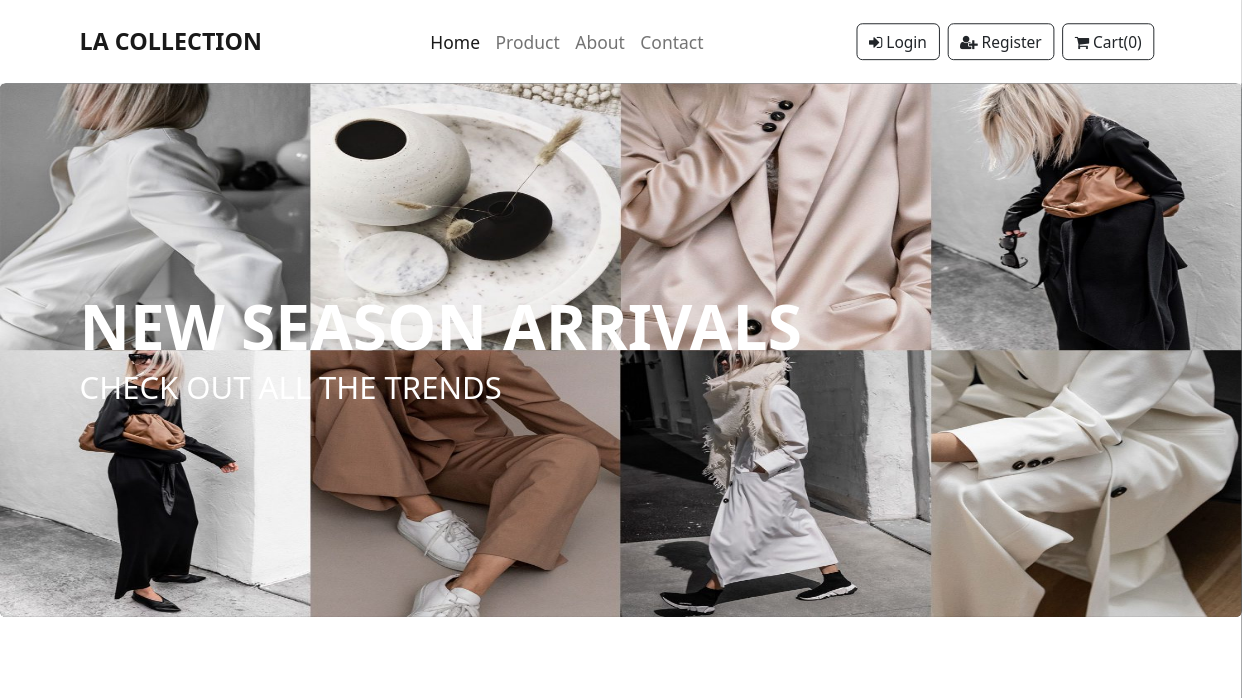
Repository: tiendungjr123/Ecommerce
Page: /products
An editor plug-in stored every save of this project. The page is shown before and after the next save, followed by the edit.
The browser window is 1280 px wide. The pictures show the whole page, at 97% of full size.
The page's requests for data from a server got no answer. The project was rebuilt for these pictures with package versions that can differ from the ones it lists, and the page was loaded fresh each time. No one was signed in, and anything a server would have sent is missing.

Above is the page before, as saved 2022-10-03 16:53:59.

After the next save:
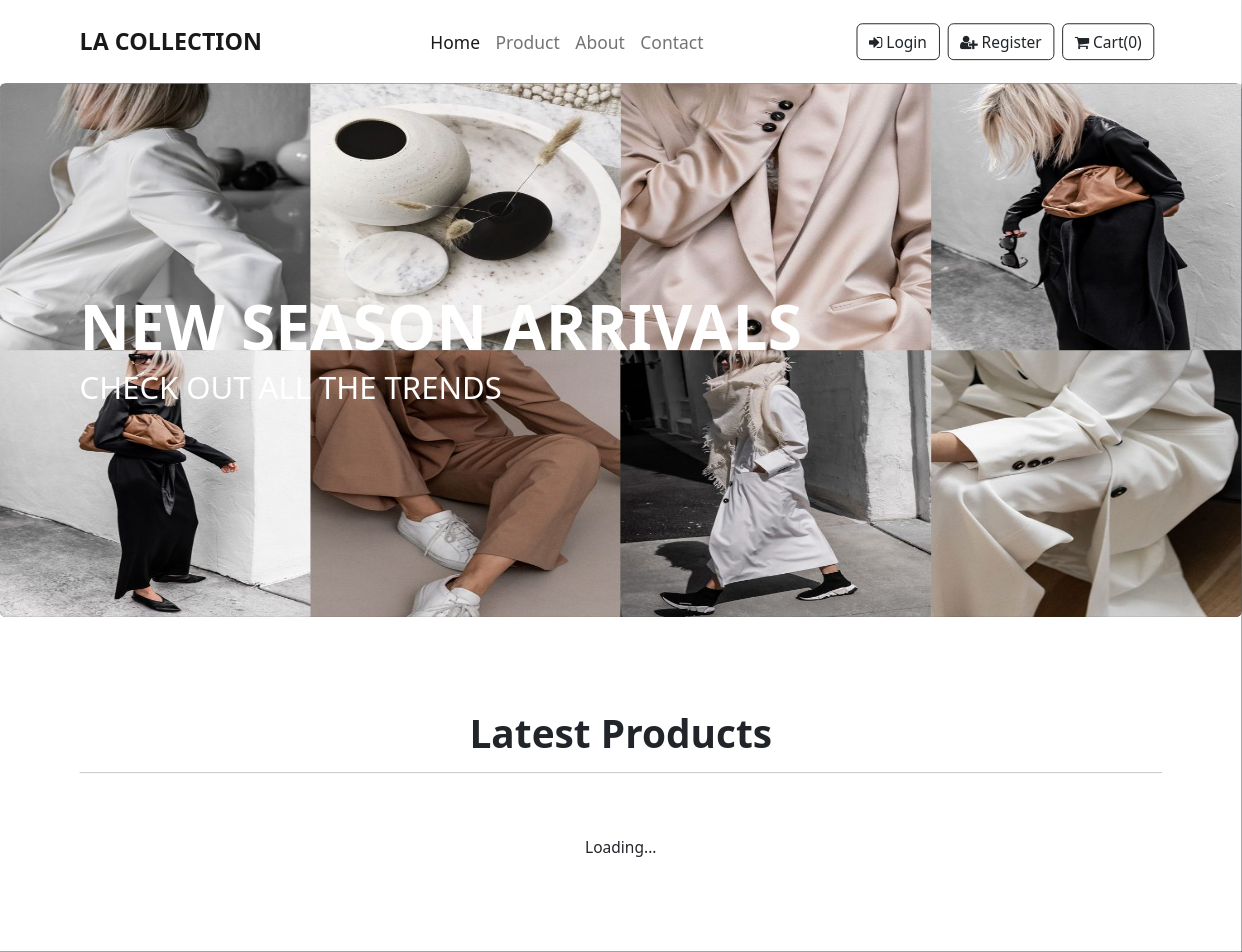
Saved 24 s later.
--- a/src/components/Home.jsx
+++ b/src/components/Home.jsx
@@ -1,4 +1,5 @@
 import React from 'react';
+import Products from './Products';
 
 const Home = () => {
    return (
@@ -16,6 +17,7 @@ const Home = () => {
                </div>
             </div>
          </div>
+         <Products/>
       </div>
    );
 }
